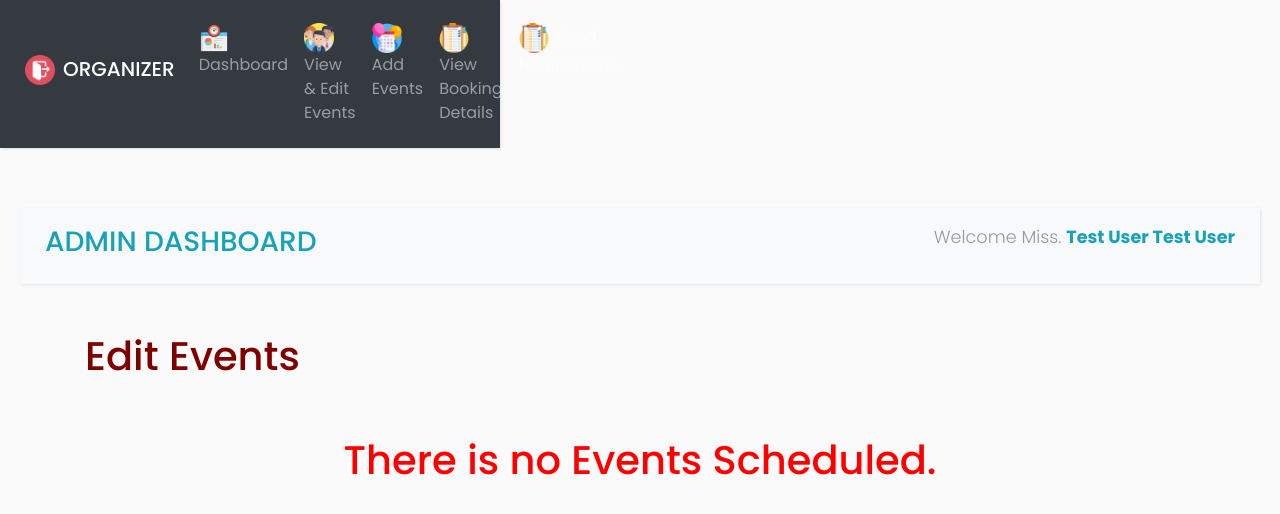
Repository: kalaprabhakar/Event_Management
Page: http://localhost/Event_Management_System/WEB-INF/pages/show_events.jsp
The author's editor kept a copy of each file at every save. The page is drawn from the files as they stood at one save, then again after the next save.
The browser window is 1280 px wide. The pictures show the whole page.
An inner scrolling area shows only its first screen. Some web libraries are served in a nearby version. The page is served by Tomcat 10. The session is filled in as if someone had signed in: {"Admin_firstname": "Test User", "Admin_lastname": "Test User", "Admin_email": "test@example.com", "Admin_phone": 1, "Admin_address": 1, "Admin_gender": 1, "Admin_id": 1, "Admin_role": "admin", "totalEvents": 1, "User_firstname": "Test User", "User_lastname": "Test User", "User_email": "test@example.com", "User_phone": 1, "User_address": 1, "User_gender": 1, "User_id": 1, "User_role": "admin"}. Other server files are loaded and not shown. The template is opened directly, without the code that normally fills it, so the values that code supplies are empty.

Above is the page before, as saved 2024-05-11 10:20:38.

### Hyscaler/Event_Management_System/src/main/webapp/WEB-INF/pages/show_events.jsp
<%@ taglib uri="http://java.sun.com/jsp/jstl/core" prefix="c"%>
<%
if (session.getAttribute("User_email") == null) {
	response.sendRedirect("login");
} else {
%>
<jsp:include page="includes/header.jsp" />

<jsp:include page="includes/organizerNav.jsp" />

<style>
.card:hover {
	transform: scale(1.05);
	box-shadow: 0 10px 20px rgba(0, 0, 0, .12), 0 4px 8px rgba(0, 0, 0, .06);
	transition: 0.3s ease-in-out;
	cursor: pointer;
}
</style>



<!-- Page Content  -->
<div id="content">

	<nav class="navbar navbar-expand-lg navbar-light bg-light">
		<div class="container-fluid">

			<div>
				<h3 class="text-info">ADMIN DASHBOARD</h3>
			</div>
			<div>
				<p>
					Welcome
					<%
				if (session.getAttribute("User_gender").equals("male")) {
				%>
					Mr.
					<%
				} else {
				%>
					Miss.
					<%
				}
				%>
					<span class="font-weight-bold text-info">${User_firstname}
						${User_lastname}</span>
				</p>
			</div>
		</div>
	</nav>
	<c:if test="${not empty Msg }">
						<div  style="background-color: lime; ">
							<h3 style="color: white-space; text-align: center;">${Msg }</h3>
						</div>
						<c:remove var="Msg" scope="session" />

					</c:if>

	<section class="container ">
		<div class="container">
			<div class="row align-items-center my-5">
			<h1 style="text-align: center;  color: maroon;">Edit Events</h1>
			</div>
				<!-- For Demo Purpose -->
				<div class="col-md-12 col-lg-6 col-sm-12 mb-5">
					<!-- <img src="assets/picture/icons/thumbs-up.png" alt="" class="img-fluid mb-3 d-none d-md-block"> -->



				</div>



				<c:choose>

					<c:when test="${!empty allEvents }">
						<table class="table table-striped">
							<thead>
								<tr class="table-primary">
									<th scope="col">Name</th>
									<th scope="col">Description</th>
									<th scope="col">Date</th>
									<th scope="col">Time</th>
									<th scope="col">Location</th>
									<th scope="col">Price</th>

								</tr>
							</thead>
							<c:forEach var="eve" items="${allEvents }">
								<tbody>
									<tr class="table-warning">

										<td>${eve.eventName }</td>
										<td>${eve.eventDesc }</td>
										<td>${eve.eventDate }</td>
										<td>${eve.eventTime }</td>
										<td>${eve.eventVenue }</td>
										<td>${eve.ticketPrice }</td>

									</tr>
								</tbody>

							</c:forEach>

						</table>

					</c:when>


					<c:otherwise>

						<h1 style="color: red; text-align: center">There is no Events
							Scheduled.</h1>

					</c:otherwise>



				</c:choose>

				<!-- Table Content -->





			</div>
		</div>



	</section>





	<%
	}
	%>

### Hyscaler/Event_Management_System/src/main/webapp/WEB-INF/pages/includes/header.jsp

<%@ page language="java" contentType="text/html; charset=ISO-8859-1"
	pageEncoding="ISO-8859-1"%>
<%@ taglib prefix="c" uri="http://java.sun.com/jsp/jstl/core"%>
<!DOCTYPE html>
<html>
<head>
<meta charset="ISO-8859-1">
<title>Event Management System</title>
<!--  Bootstrap CSS -->
<link rel="stylesheet"
	href="https://cdn.jsdelivr.net/npm/bootstrap@4.6.1/dist/css/bootstrap.min.css"
	integrity="sha384-zCbKRCUGaJDkqS1kPbPd7TveP5iyJE0EjAuZQTgFLD2ylzuqKfdKlfG/eSrtxUkn"
	crossorigin="anonymous">

<!-- FontAwesome -->
<link rel="stylesheet"
	href="https://pro.fontawesome.com/releases/v5.10.0/css/all.css" />
<link rel="stylesheet"
	href="https://cdnjs.cloudflare.com/ajax/libs/font-awesome/6.5.2/css/all.min.css"
	integrity="sha512-SnH5WK+bZxgPHs44uWIX+LLJAJ9/2PkPKZ5QiAj6Ta86w+fsb2TkcmfRyVX3pBnMFcV7oQPJkl9QevSCWr3W6A=="
	crossorigin="anonymous" referrerpolicy="no-referrer" />

<!-- Google Fonts -->
<link rel="preconnect" href="https://fonts.googleapis.com">
<link rel="preconnect" href="https://fonts.gstatic.com" crossorigin>
<link
	href="https://fonts.googleapis.com/css2?family=Poppins&display=swap"
	rel="stylesheet">

<!-- stylesheet -->




<script
	src="https://cdn.jsdelivr.net/npm/jquery@3.5.1/dist/jquery.slim.min.js"
	integrity="sha384-DfXdz2htPH0lsSSs5nCTpuj/zy4C+OGpamoFVy38MVBnE+IbbVYUew+OrCXaRkfj"
	crossorigin="anonymous"></script>
<script
	src="https://cdn.jsdelivr.net/npm/bootstrap@4.6.1/dist/js/bootstrap.bundle.min.js"
	integrity="sha384-fQybjgWLrvvRgtW6bFlB7jaZrFsaBXjsOMm/tB9LTS58ONXgqbR9W8oWht/amnpF"
	crossorigin="anonymous"></script>

<link rel="stylesheet" href="../../assets/css/home.css" />
<link rel="stylesheet" href="../../assets/css/admin.css" />
<link rel="stylesheet" href="../../assets/css/card.css" />

</head>
<body>

### Hyscaler/Event_Management_System/src/main/webapp/WEB-INF/pages/includes/organizerNav.jsp
        <nav id="sidebar" class="navbar navbar-expand-lg navbar-dark bg-dark">
  <div  class="container-fluid">
   <h3><a class="navbar-brand" href="logout"><img src="images/logout.png" class="mr-2" width="30" height="30">ORGANIZER</a></h3>
    <button class="navbar-toggler" type="button" data-bs-toggle="collapse" data-bs-target="#navbarNavAltMarkup" aria-controls="navbarNavAltMarkup" aria-expanded="false" aria-label="Toggle navigation">
      <span class="navbar-toggler-icon"></span>
    </button>
    <div class="collapse navbar-collapse" id="navbarTogglerDemo02">
      <div class="navbar-nav">
        <a class="nav-link " aria-current="page" href="organizer_home"><img src="images/dashboard.png" class="mr-2" width="30" height="30" >Dashboard</a>
        <a class="nav-link" href="editevent"><img src="images/userlist.png" class="mr-2" width="30" height="30">View & Edit Events</a>
        <a class="nav-link" href="addevent"><img src="images/event.png" class="mr-2" width="30" height="30" >Add Events</a>
        <a class="nav-link" href="#"><img src="images/bookingdetails.png" class="mr-2" width="30" height="30" >View Booking Details</a>
        <a class="nav-link" href="#"><img src="images/bookingdetails.png" class="mr-2" width="30" height="30" >Send Notifications</a>


      </div>
    </div>
  </div>
</nav>

### Hyscaler/Event_Management_System/src/main/webapp/all_css/home.css
html,body{
    width:100%;
    height:100%;
    padding:0%;
    margin:0%;
    scroll-behavior: smooth;
    font-family: 'Poppins', sans-serif;
    overflow-x:hidden;
}



/* ===== FOOTER =====*/
.footer{
background-color: #0E2431;
color: #fff;
text-align: center;
font-weight: 600;
padding: 2rem 0;
margin-right:-25px;
}
.footer_title{
font-size: 2rem;
margin-bottom: 2rem;
}
.footer_social{
margin-bottom: 2rem;
}
.footer_icon{
font-size: 1.5rem;
color: #fff;
margin: 0 1rem;
}
.footer_icon:hover{
  color:#048dfe;
}

### Hyscaler/Event_Management_System/src/main/webapp/all_css/admin.css
/*
    DEMO STYLE
*/

@import "https://fonts.googleapis.com/css?family=Poppins:300,400,500,600,700";
body {
    font-family: 'Poppins', sans-serif;
    background: #fafafa;
}

p {
    font-family: 'Poppins', sans-serif;
    font-size: 1.1em;
    font-weight: 300;
    line-height: 1.7em;
    color: #999;
}

a,
a:hover,
a:focus {
    color: inherit;
    text-decoration: none;
    transition: all 0.3s;
}

.navbar {
    padding: 15px 10px;
    background: #fff;
    border: none;
    border-radius: 0;
    margin-bottom: 40px;
    box-shadow: 1px 1px 3px rgba(0, 0, 0, 0.1);
}

.navbar-btn {
    box-shadow: none;
    outline: none !important;
    border: none;
}

.line {
    width: 100%;
    height: 1px;
    border-bottom: 1px dashed #ddd;
    margin: 40px 0;
}

/* ---------------------------------------------------
    SIDEBAR STYLE
----------------------------------------------------- */

.wrapper {
    display: flex;
    width: 100%;
    align-items: stretch;
}

#sidebar {
    min-width: 500px;
    max-width: 500px;
    /*background: #7386D5;*/
    color: #fff;
    transition: all 0.3s;
}

#sidebar.active {
    margin-left: -250px;
}

#sidebar .sidebar-header {
    padding: 20px;
    background: #5bc0de;
}

#sidebar ul.components {
    padding: 20px 0;
    border-bottom: 1px solid #5bc0de;
}

#sidebar ul p {
    color: #fff;
    padding: 10px;
}

#sidebar ul li a {
    padding: 10px;
    font-size: 1.1em;
    display: block;
}

#sidebar ul li a:hover {
    color: #5bc0de;
    background: #fff;
}

#sidebar ul li.active>a,
a[aria-expanded="true"] {
    color: #fff;
    background: #5bc0de;
}

a[data-toggle="collapse"] {
    position: relative;
}

.dropdown-toggle::after {
    display: block;
    position: absolute;
    top: 50%;
    right: 20px;
    transform: translateY(-50%);
}

ul ul a {
    font-size: 0.9em !important;
    padding-left: 30px !important;
    background: #5bc0de;
}

ul.CTAs {
    padding: 20px;
}

ul.CTAs a {
    text-align: center;
    font-size: 0.9em !important;
    display: block;
    border-radius: 5px;
    margin-bottom: 5px;
}

a.download {
    background: #fff;
    color: #5bc0de;
}

a.article,
a.article:hover {
    background: #5bc0de !important;
    color: #fff !important;
}

/* ---------------------------------------------------
    CONTENT STYLE
----------------------------------------------------- */

#content {
    width: 100%;
    padding: 20px;
    min-height: 100vh;
    transition: all 0.3s;
}

/* ---------------------------------------------------
    MEDIAQUERIES
----------------------------------------------------- */

@media (max-width: 768px) {
    #sidebar {
        margin-left: -250px;
    }
    #sidebar.active {
        margin-left: 0;
    }
    #sidebarCollapse span {
        display: none;
    }
}

### Hyscaler/Event_Management_System/src/main/webapp/all_css/card.css

.card-margin {
    margin-bottom: 1.875rem;
}

.card {
    border: 0;
    box-shadow: 0px 0px 10px 0px rgba(82, 63, 105, 0.1);
    -webkit-box-shadow: 0px 0px 10px 0px rgba(82, 63, 105, 0.1);
    -moz-box-shadow: 0px 0px 10px 0px rgba(82, 63, 105, 0.1);
    -ms-box-shadow: 0px 0px 10px 0px rgba(82, 63, 105, 0.1);
}
.card {
    position: relative;
    display: flex;
    flex-direction: column;
    min-width: 0;
    word-wrap: break-word;
    background-color: #ffffff;
    background-clip: border-box;
    border: 1px solid #e6e4e9;
    border-radius: 1rem;
}


.card .card-header.no-border {
    border: 0;
}
.card .card-header {
    background: none;
    padding: 0 0.9375rem;
    font-weight: 500;
    display: flex;
    align-items: center;
    min-height: 50px;
}
.card-header:first-child {
    border-radius: calc(8px - 1px) calc(8px - 1px) 0 0;
}

.widget-49 .widget-49-title-wrapper {
  display: flex;
  align-items: center;
}

.widget-49 .widget-49-title-wrapper .widget-49-date-primary {
  display: flex;
  align-items: center;
  justify-content: center;
  flex-direction: column;
  background-color: #edf1fc;
  width: 4rem;
  height: 4rem;
  border-radius: 50%;
}

.widget-49 .widget-49-title-wrapper .widget-49-date-primary .widget-49-date-day {
  color: #4e73e5;
  font-weight: 500;
  font-size: 1.5rem;
  line-height: 1;
}

.widget-49 .widget-49-title-wrapper .widget-49-date-primary .widget-49-date-month {
  color: #4e73e5;
  line-height: 1;
  font-size: 1rem;
  text-transform: uppercase;
}

.widget-49 .widget-49-title-wrapper .widget-49-date-secondary {
  display: flex;
  align-items: center;
  justify-content: center;
  flex-direction: column;
  background-color: #fcfcfd;
  width: 4rem;
  height: 4rem;
  border-radius: 50%;
}

.widget-49 .widget-49-title-wrapper .widget-49-date-secondary .widget-49-date-day {
  color: #dde1e9;
  font-weight: 500;
  font-size: 1.5rem;
  line-height: 1;
}

.widget-49 .widget-49-title-wrapper .widget-49-date-secondary .widget-49-date-month {
  color: #dde1e9;
  line-height: 1;
  font-size: 1rem;
  text-transform: uppercase;
}

.widget-49 .widget-49-title-wrapper .widget-49-date-success {
  display: flex;
  align-items: center;
  justify-content: center;
  flex-direction: column;
  background-color: #e8faf8;
  width: 4rem;
  height: 4rem;
  border-radius: 50%;
}

.widget-49 .widget-49-title-wrapper .widget-49-date-success .widget-49-date-day {
  color: #17d1bd;
  font-weight: 500;
  font-size: 1.5rem;
  line-height: 1;
}

.widget-49 .widget-49-title-wrapper .widget-49-date-success .widget-49-date-month {
  color: #17d1bd;
  line-height: 1;
  font-size: 1rem;
  text-transform: uppercase;
}

.widget-49 .widget-49-title-wrapper .widget-49-date-info {
  display: flex;
  align-items: center;
  justify-content: center;
  flex-direction: column;
  background-color: #ebf7ff;
  width: 4rem;
  height: 4rem;
  border-radius: 50%;
}

.widget-49 .widget-49-title-wrapper .widget-49-date-info .widget-49-date-day {
  color: #36afff;
  font-weight: 500;
  font-size: 1.5rem;
  line-height: 1;
}

.widget-49 .widget-49-title-wrapper .widget-49-date-info .widget-49-date-month {
  color: #36afff;
  line-height: 1;
  font-size: 1rem;
  text-transform: uppercase;
}

.widget-49 .widget-49-title-wrapper .widget-49-date-warning {
  display: flex;
  align-items: center;
  justify-content: center;
  flex-direction: column;
  background-color: floralwhite;
  width: 4rem;
  height: 4rem;
  border-radius: 50%;
}

.widget-49 .widget-49-title-wrapper .widget-49-date-warning .widget-49-date-day {
  color: #FFC868;
  font-weight: 500;
  font-size: 1.5rem;
  line-height: 1;
}

.widget-49 .widget-49-title-wrapper .widget-49-date-warning .widget-49-date-month {
  color: #FFC868;
  line-height: 1;
  font-size: 1rem;
  text-transform: uppercase;
}

.widget-49 .widget-49-title-wrapper .widget-49-date-danger {
  display: flex;
  align-items: center;
  justify-content: center;
  flex-direction: column;
  background-color: #feeeef;
  width: 4rem;
  height: 4rem;
  border-radius: 50%;
}

.widget-49 .widget-49-title-wrapper .widget-49-date-danger .widget-49-date-day {
  color: #F95062;
  font-weight: 500;
  font-size: 1.5rem;
  line-height: 1;
}

.widget-49 .widget-49-title-wrapper .widget-49-date-danger .widget-49-date-month {
  color: #F95062;
  line-height: 1;
  font-size: 1rem;
  text-transform: uppercase;
}

.widget-49 .widget-49-title-wrapper .widget-49-date-light {
  display: flex;
  align-items: center;
  justify-content: center;
  flex-direction: column;
  background-color: #fefeff;
  width: 4rem;
  height: 4rem;
  border-radius: 50%;
}

.widget-49 .widget-49-title-wrapper .widget-49-date-light .widget-49-date-day {
  color: #f7f9fa;
  font-weight: 500;
  font-size: 1.5rem;
  line-height: 1;
}

.widget-49 .widget-49-title-wrapper .widget-49-date-light .widget-49-date-month {
  color: #f7f9fa;
  line-height: 1;
  font-size: 1rem;
  text-transform: uppercase;
}

.widget-49 .widget-49-title-wrapper .widget-49-date-dark {
  display: flex;
  align-items: center;
  justify-content: center;
  flex-direction: column;
  background-color: #ebedee;
  width: 4rem;
  height: 4rem;
  border-radius: 50%;
}

.widget-49 .widget-49-title-wrapper .widget-49-date-dark .widget-49-date-day {
  color: #394856;
  font-weight: 500;
  font-size: 1.5rem;
  line-height: 1;
}

.widget-49 .widget-49-title-wrapper .widget-49-date-dark .widget-49-date-month {
  color: #394856;
  line-height: 1;
  font-size: 1rem;
  text-transform: uppercase;
}

.widget-49 .widget-49-title-wrapper .widget-49-date-base {
  display: flex;
  align-items: center;
  justify-content: center;
  flex-direction: column;
  background-color: #f0fafb;
  width: 4rem;
  height: 4rem;
  border-radius: 50%;
}

.widget-49 .widget-49-title-wrapper .widget-49-date-base .widget-49-date-day {
  color: #68CBD7;
  font-weight: 500;
  font-size: 1.5rem;
  line-height: 1;
}

.widget-49 .widget-49-title-wrapper .widget-49-date-base .widget-49-date-month {
  color: #68CBD7;
  line-height: 1;
  font-size: 1rem;
  text-transform: uppercase;
}

.widget-49 .widget-49-title-wrapper .widget-49-meeting-info {
  display: flex;
  flex-direction: column;
  margin-left: 1rem;
}

.widget-49 .widget-49-title-wrapper .widget-49-meeting-info .widget-49-pro-title {
  color: #3c4142;
  font-size: 14px;
}

.widget-49 .widget-49-title-wrapper .widget-49-meeting-info .widget-49-meeting-time {
  color: #B1BAC5;
  font-size: 13px;
}

.widget-49 .widget-49-meeting-points {
  font-weight: 400;
  font-size: 13px;
  margin-top: .5rem;
}

.widget-49 .widget-49-meeting-points .widget-49-meeting-item {
  display: list-item;
  color: #727686;
}

.widget-49 .widget-49-meeting-points .widget-49-meeting-item span {
  margin-left: .5rem;
}

.widget-49 .widget-49-meeting-action {
  text-align: right;
}

.widget-49 .widget-49-meeting-action a {
  text-transform: uppercase;
}


.time {
	position: relative;
  margin-left: 1em;
}


.time span {
	font-size: 12px;
	color: #bebebe;
	line-height: 25px;
}


 .time a span {
	padding: 5px 10px;
    border-radius: 4px;
    line-height: 10px;
    font-size: 12px;
}

### Hyscaler/Event_Management_System/src/main/webapp/WEB-INF/pages/includes/userNav.jsp
<nav id="sidebar" class="navbar navbar-expand-lg navbar-dark bg-dark">
  <div  class="container-fluid">
   <h3><a class="navbar-brand" href="#"><img src="images/logout.png" class="mr-2" width="30" height="30">USER</a></h3>
    <button class="navbar-toggler" type="button" data-bs-toggle="collapse" data-bs-target="#navbarNavAltMarkup" aria-controls="navbarNavAltMarkup" aria-expanded="false" aria-label="Toggle navigation">
      <span class="navbar-toggler-icon"></span>
    </button>
    <div class="collapse navbar-collapse" id="navbarTogglerDemo02">
      <div class="navbar-nav">
        <a class="nav-link " aria-current="page" href="user_home"><img src="images/dashboard.png" class="mr-2" width="30" height="30" >Dashboard</a>
        <a class="nav-link" href="upcomingevents"><img src="images/newbooking.png" class="mr-2" width="30" height="30">Upcoming Events</a>
        <a class="nav-link" href="#"><img src="images/event.png" class="mr-2" width="30" height="30" >Book Events</a>
        <a class="nav-link" href="#"><img src="images/bookingdetails.png" class="mr-2" width="30" height="30" >Booking History</a>
        <a class="nav-link" href="#"><img src="images/hotel.png" class="mr-2" width="30" height="30" >Notification</a>


      </div>
    </div>
  </div>
</nav>

After the next save:
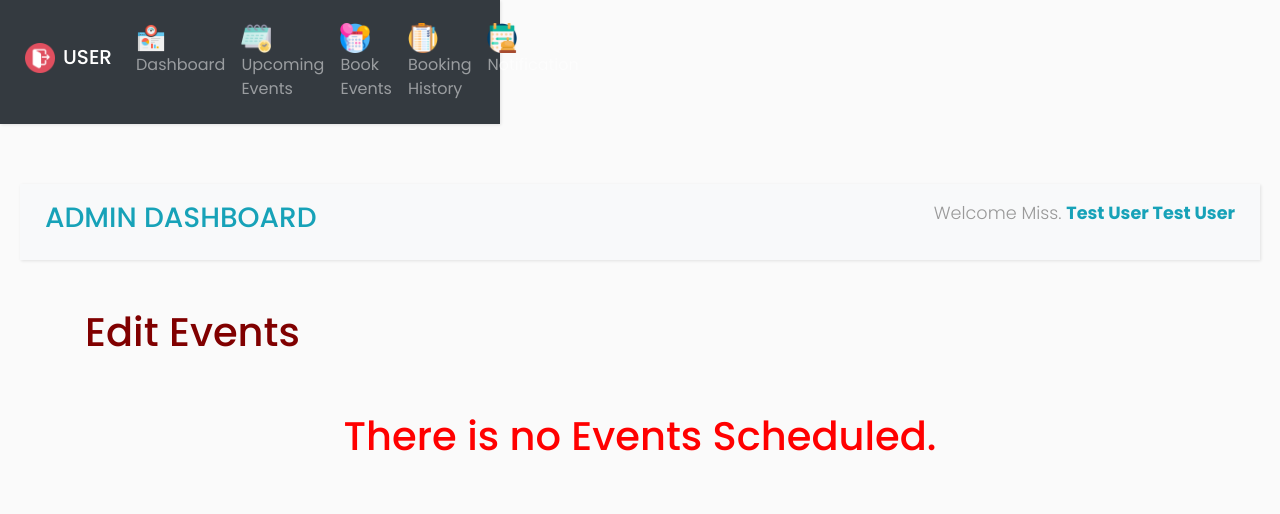
Saved 8 min 0 s later.
--- a/Hyscaler/Event_Management_System/src/main/webapp/WEB-INF/pages/show_events.jsp
+++ b/Hyscaler/Event_Management_System/src/main/webapp/WEB-INF/pages/show_events.jsp
@@ -6,7 +6,7 @@ if (session.getAttribute("User_email") == null) {
 %>
 <jsp:include page="includes/header.jsp" />
 
-<jsp:include page="includes/organizerNav.jsp" />
+<jsp:include page="includes/userNav.jsp" />
 
 <style>
 .card:hover {
